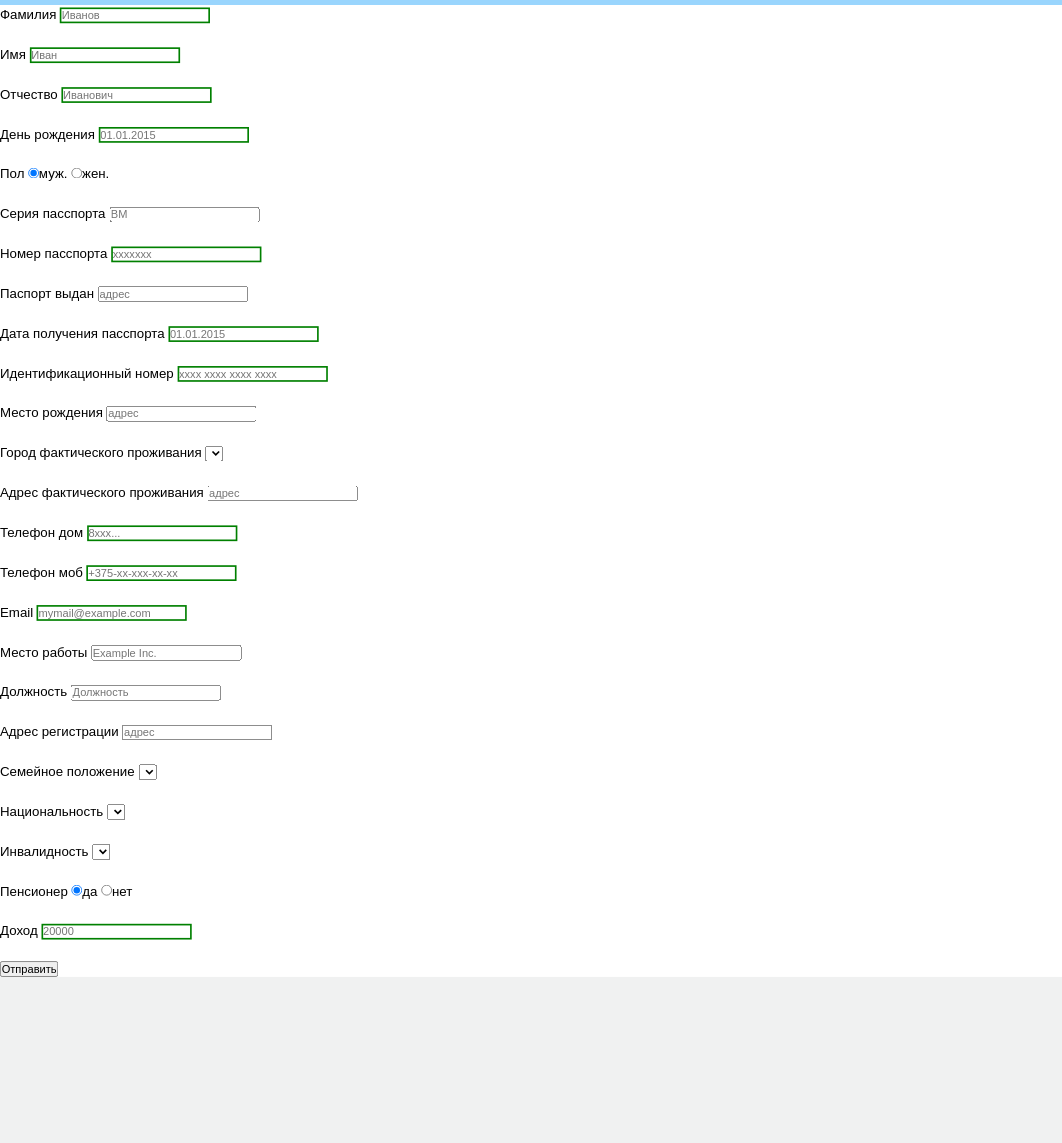
Repository: Westerte/JavaDevelopmentMay2015
Page: http://localhost/bank/jsp/common/edit.jsp
An editor plug-in stored every save of this project. The page is shown before and after the next save, followed by the edit.
The browser window is 1280 px wide. The pictures show the whole page, at 83% of full size.
The page is served by Tomcat 9. The template is opened directly, without the code that normally fills it, so the values that code supplies are empty.

Above is the page before, as saved 2015-10-04 09:05:41.

After the next save:
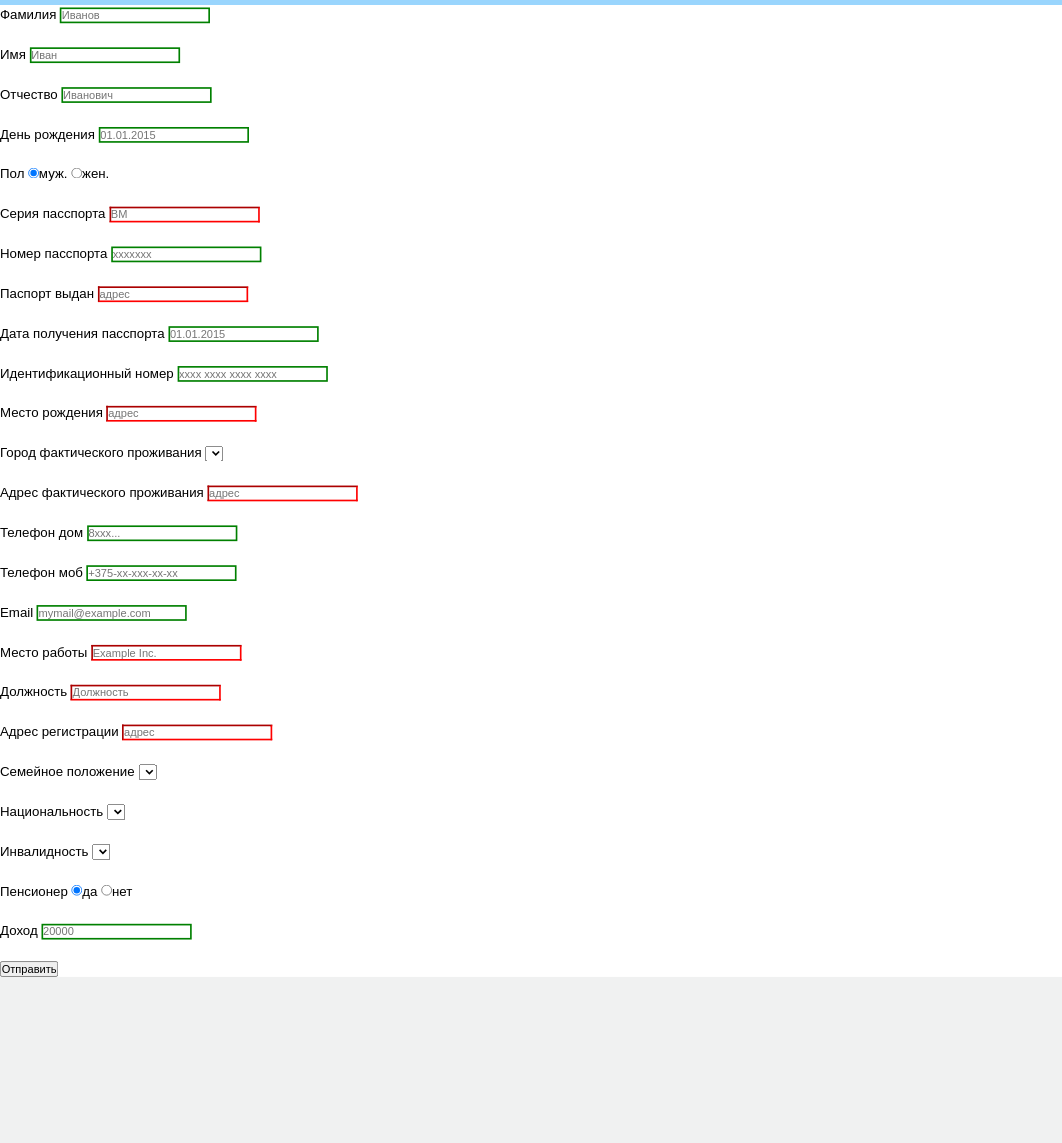
Saved 7 s later.
--- a/workspace/bank/WebContent/css/main.css
+++ b/workspace/bank/WebContent/css/main.css
@@ -283,5 +283,5 @@ input[type=text]:valid {
 
 /* Unmatched */
 input[type=text]:invalid {
-    color: red;
-}
+   border-color: red;
+}
